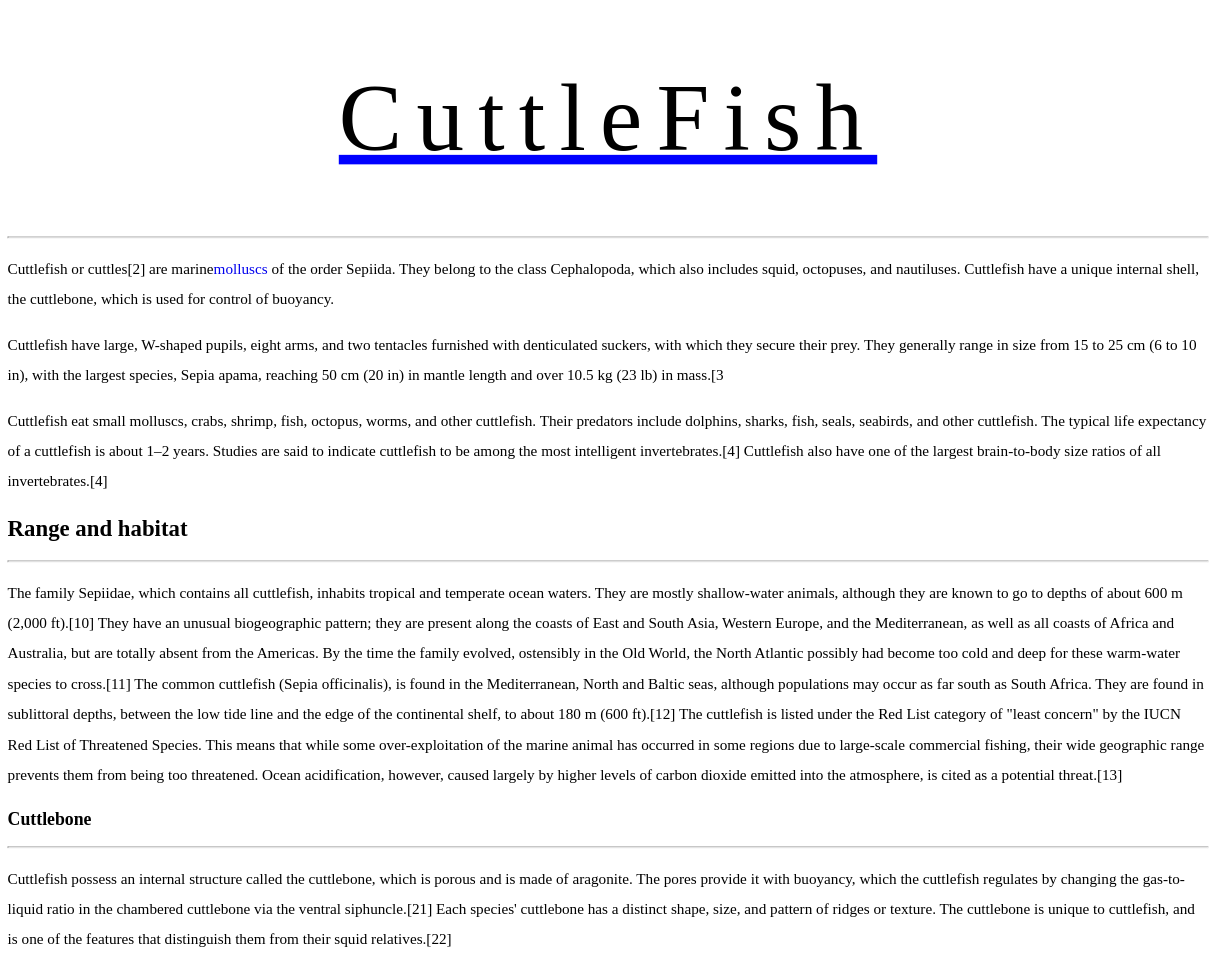
Repository: zhFIsHappy/UdemyFullStack
Page: CSS Text Properties.html
These files come from the project's save history. The page is drawn as it stood at one moment and after the next save; the edit follows.
The browser window is 1280 px wide. The pictures show the whole page, at 95% of full size.

Above is the page before, as saved 2021-12-31 19:34:07.

After the next save:
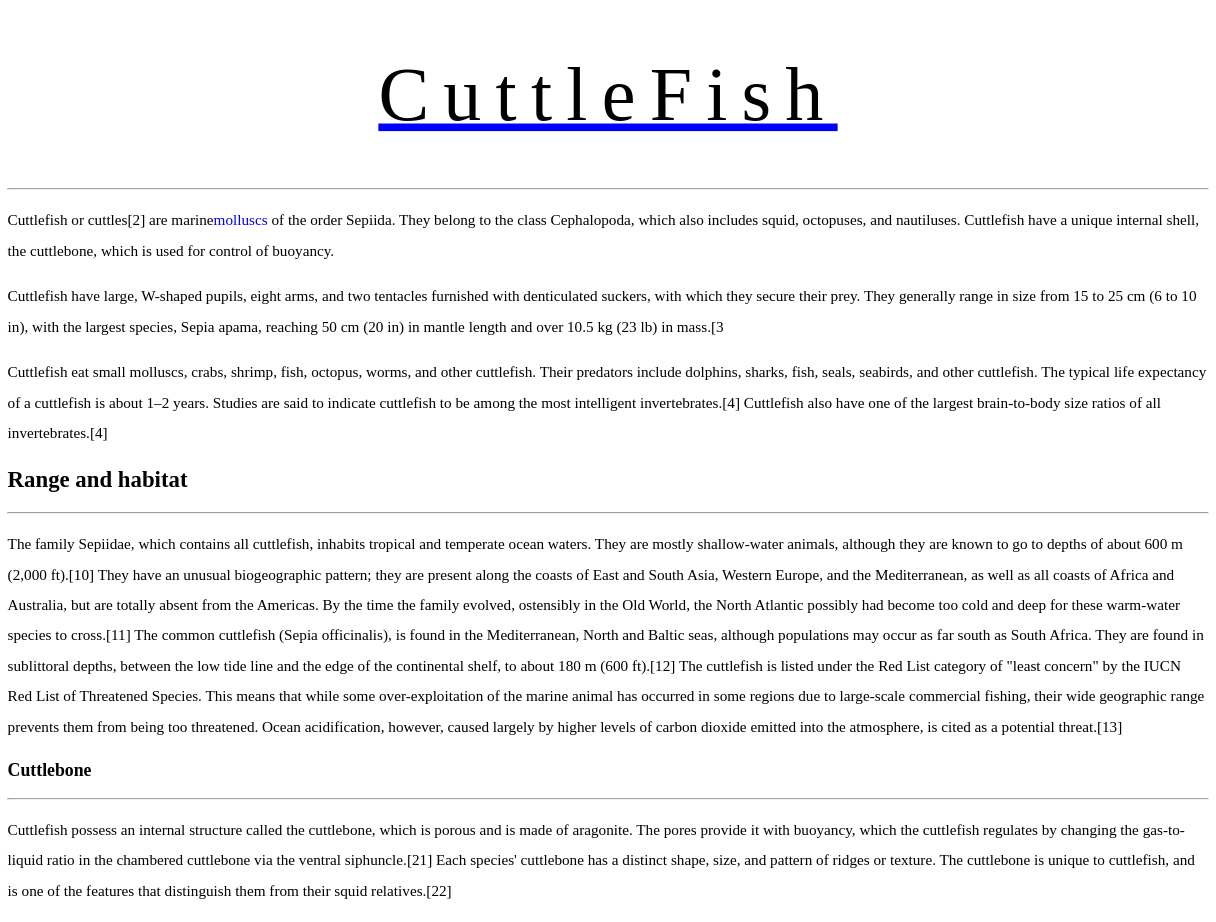
Saved 11 s later.
--- a/apt.css
+++ b/apt.css
@@ -3,7 +3,7 @@ h1{
     font-weight : 400;
     text-decoration: blue underline;
     letter-spacing :15px;
-    font-size:100px;
+    font-size: 80px;
 }
 a {
     text-decoration: none;
